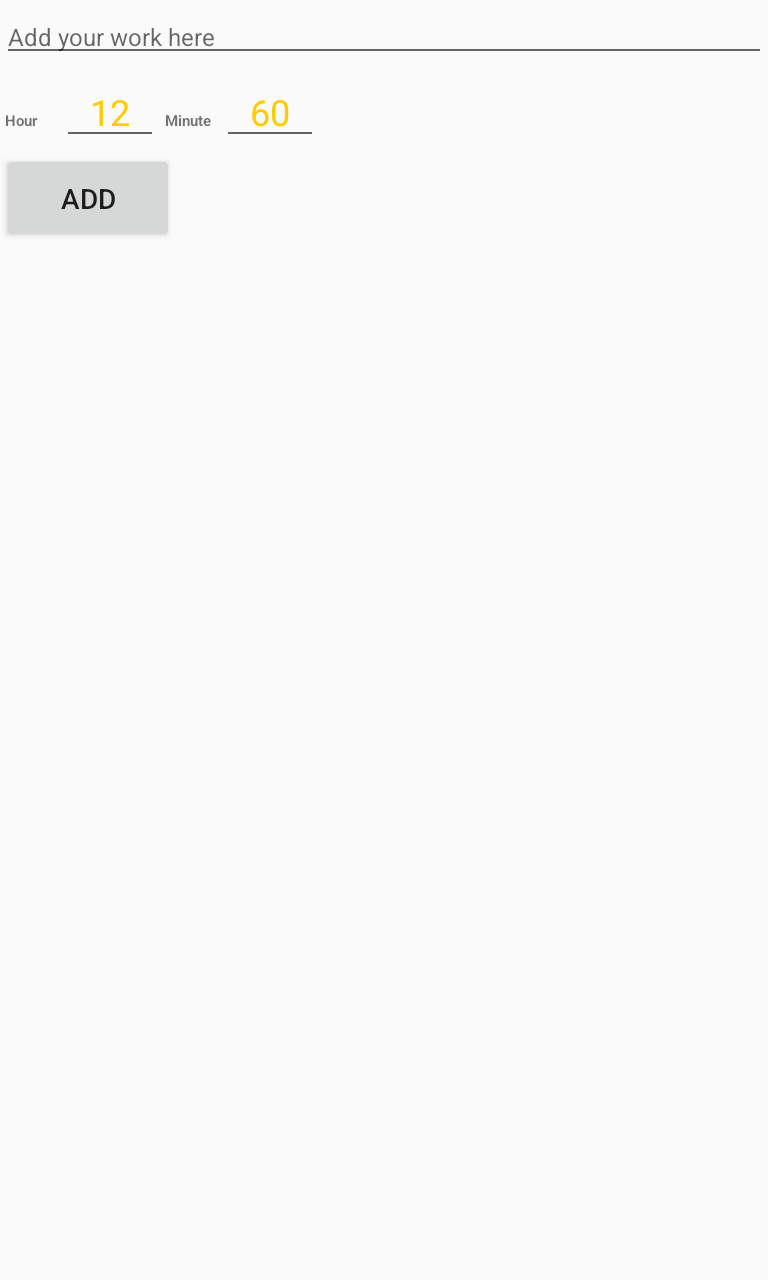
Repository: teamEIT/Android
Layout: workspace/Layout/res/layout/activity_main.xml
These files come from the project's save history. The layout is drawn as it stood at one moment and after the next save; the edit follows.
It is drawn on a 768 x 1280 px phone screen (xhdpi) without system bars, with theme AppTheme; the app's code is not run. Lists and similar views that code fills are empty.

Above is the layout before, as saved 2014-08-18 07:48:05.

After the next save:
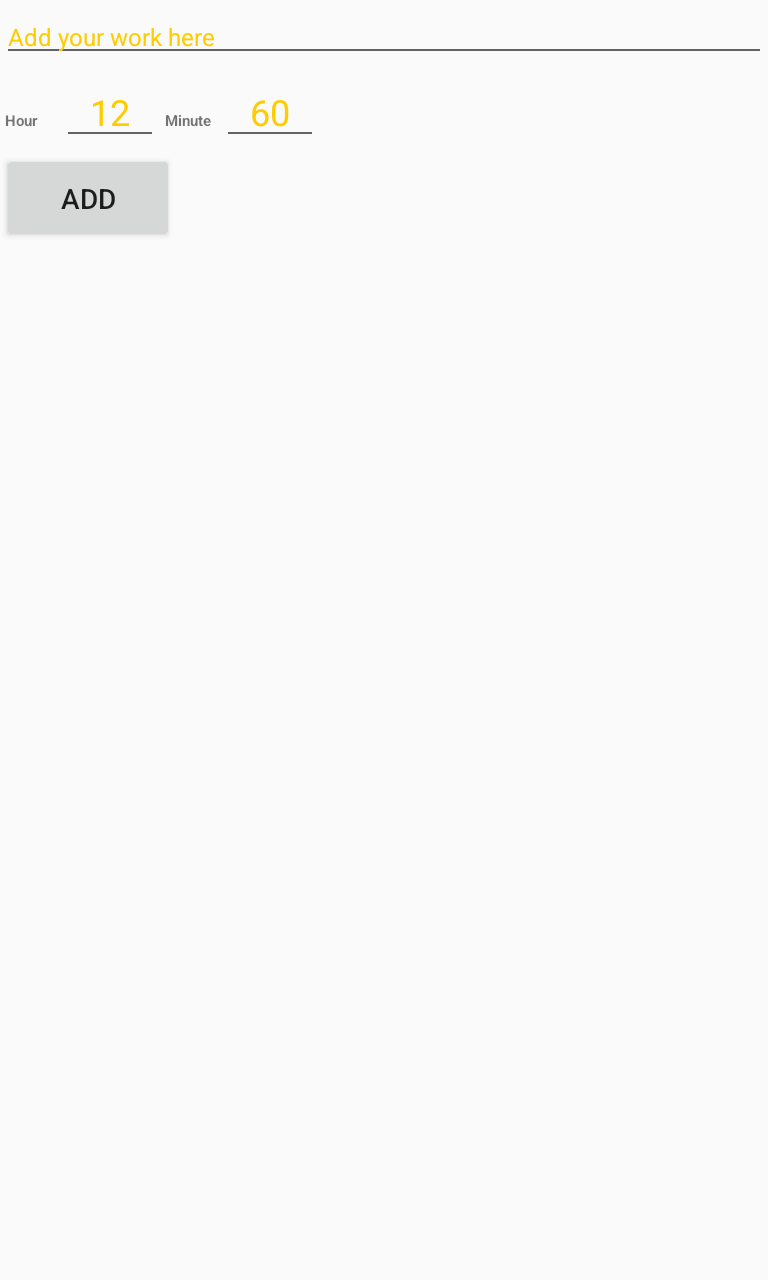
Saved 30 s later.
--- a/workspace/Layout/res/layout/activity_main.xml
+++ b/workspace/Layout/res/layout/activity_main.xml
@@ -12,6 +12,7 @@
 	    android:layout_height="wrap_content"
 	    android:lines="1"
 	    android:hint="@string/work_hint"
+	    android:textColorHint="@color/hint_color"
 	    android:textSize="24px" />
 
 	<LinearLayout
